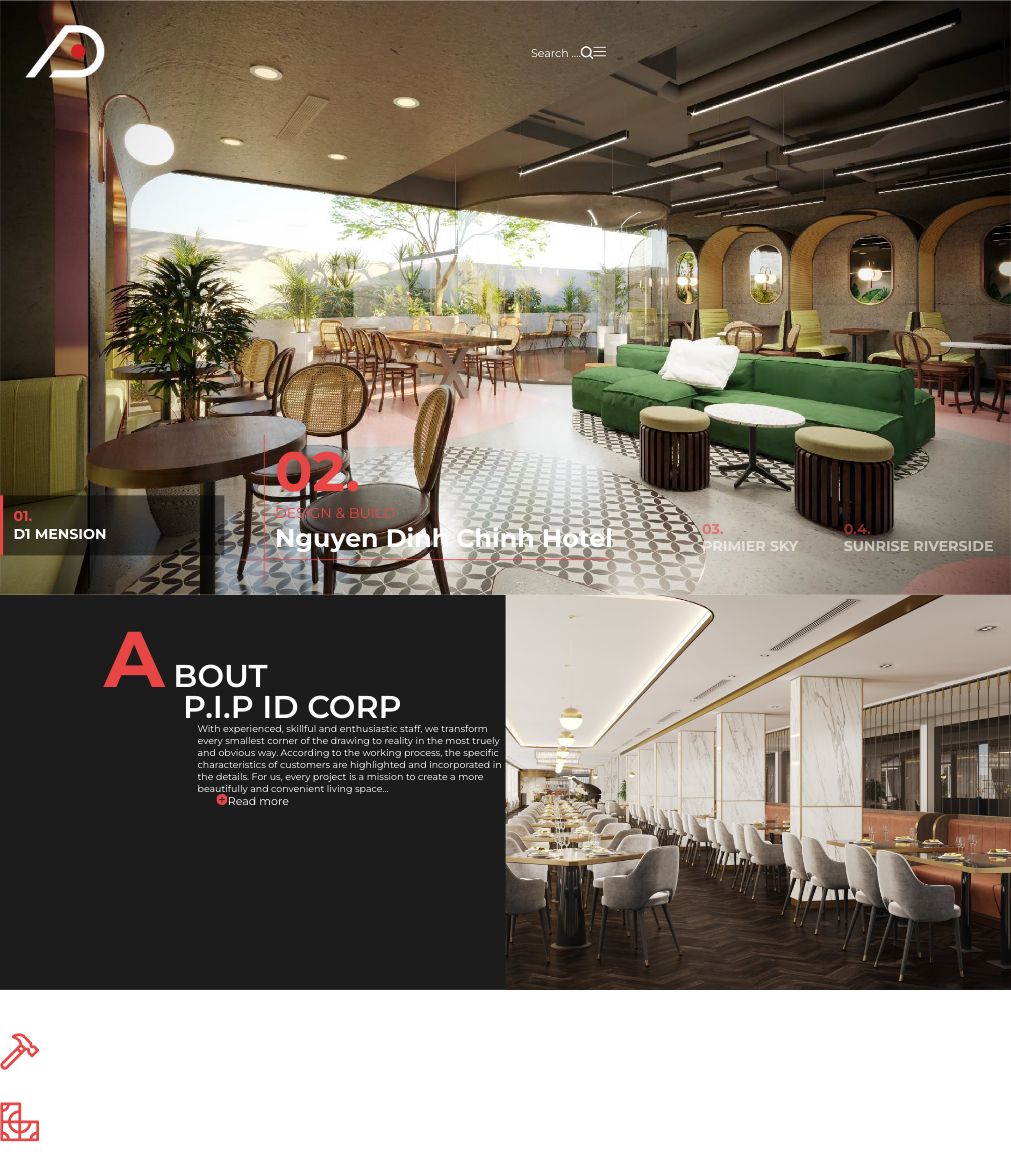
Repository: huudang2840/pipHomePage
Page: index.html
An editor plug-in stored every save of this project. The page is shown before and after the next save, followed by the edit.
The browser window is 1280 px wide. The pictures show the whole page, at 79% of full size.

Above is the page before, as saved 2023-03-21 14:20:26.

### index.html
<!DOCTYPE html>
<html lang="en">
  <head>
    <meta charset="UTF-8" />
    <meta http-equiv="X-UA-Compatible" content="IE=edge" />
    <meta name="viewport" content="width=device-width, initial-scale=1.0" />
    <title>Pip Home Page</title>

    <!-- CSS -->
    <link rel="stylesheet" href="style/style.css" />

    <!-- Fonts -->
    <link rel="preconnect" href="https://fonts.googleapis.com" />
    <link rel="preconnect" href="https://fonts.gstatic.com" crossorigin />
    <link
      href="https://fonts.googleapis.com/css2?family=Montserrat:wght@400;600;700&display=swap"
      rel="stylesheet"
    />
  </head>
  <body>
    <!-- Header -->
    <header class="header">
      <div class="header__img">
        <img src="/img/logo.png" alt="" />
      </div>
      <div class="header__option">
        <div class="option__search">
          <p>Search ....</p>
          <svg
            width="16"
            height="17"
            viewBox="0 0 16 17"
            fill="none"
            xmlns="http://www.w3.org/2000/svg"
          >
            <path
              d="M15.7189 14.9442L12.6438 11.8691C13.5758 10.6491 14.0869 9.16936 14.0871 7.60786C14.0871 5.72609 13.3542 3.95682 12.0234 2.62623C10.6928 1.29564 8.92376 0.562744 7.04176 0.562744C5.15999 0.562744 3.39072 1.29564 2.06013 2.62623C-0.68671 5.3733 -0.68671 9.84287 2.06013 12.5895C3.39072 13.9203 5.15999 14.6532 7.04176 14.6532C8.60326 14.653 10.0831 14.1419 11.3031 13.2099L14.3781 16.285C14.563 16.4701 14.8059 16.5627 15.0485 16.5627C15.2911 16.5627 15.5339 16.4701 15.7189 16.285C16.0892 15.9148 16.0892 15.3143 15.7189 14.9442ZM3.40091 11.2487C1.39344 9.24124 1.39368 5.97471 3.40091 3.96701C4.37339 2.99476 5.66649 2.4591 7.04176 2.4591C8.41726 2.4591 9.71012 2.99476 10.6826 3.96701C11.6551 4.93949 12.1908 6.23258 12.1908 7.60786C12.1908 8.98336 11.6551 10.2762 10.6826 11.2487C9.71012 12.2212 8.41726 12.7568 7.04176 12.7568C5.66649 12.7568 4.37339 12.2212 3.40091 11.2487Z"
              fill="white"
            />
          </svg>
        </div>
        <div class="option__lang"></div>
        <div class="option__menu">
          <svg
            width="16"
            height="13"
            viewBox="0 0 16 13"
            fill="none"
            xmlns="http://www.w3.org/2000/svg"
          >
            <path
              d="M16 10.9167V12.25H0V10.9167H16ZM16 5.58333V6.91667H0V5.58333H16ZM16 0.25V1.58333H0V0.25H16Z"
              fill="white"
            />
          </svg>
        </div>
        <div class="option__share"></div>
      </div>
    </header>

    <!-- Main -->
    <section>
      <div class="intro">
        <div class="intro__background">
          <img src="/img/page1.png" alt="" srcset="" id="masked" />
        </div>
        <div class="intro__list">
          <div class="list__left">
            <div>
              <span>
                <p>01.</p>
                <p>D1 Mension</p>
              </span>
            </div>
            <div>
              <span id="active_intro">
                <h1>02.</h1>
                <p>Design & build</p>
                <h1>Nguyen Dinh Chinh Hotel</h1>
                <div class="border__box"></div>
              </span>
            </div>
          </div>

          <div class="list__right">
            <div>
              <span>
                <p>03.</p>
                <p>Primier Sky</p>
              </span>
            </div>
            <div>
              <span>
                <p>0.4.</p>
                <p>Sunrise Riverside</p>
              </span>
            </div>
          </div>
        </div>
      </div>
      <div class="about">
        <div class="about__left">
          <span>
            <span>
              <h1><span class="text-red">A</span> bout</h1>
            </span>
            <h1 class="ml-100">P.I.P ID CORP</h1>
          </span>
          <span class="about__left__textaera">
            <p>
              With experienced, skillful and enthusiastic staff, we transform every smallest corner
              of the drawing to reality in the most truely and obvious way. According to the working
              process, the specific characteristics of customers are highlighted and incorporated in
              the details. For us, every project is a mission to create a more beautifully and
              convenient living space…
            </p>
          </span>
          <div class="read-more">
            <svg
              width="14"
              height="14"
              viewBox="0 0 14 14"
              fill="none"
              xmlns="http://www.w3.org/2000/svg"
            >
              <path
                d="M7 0C3.14005 0 0 3.14005 0 7C0 10.86 3.14005 14 7 14C10.86 14 14 10.86 14 7C14 3.14005 10.86 0 7 0ZM10.0625 7.5833H7.5833V10.0625C7.5833 10.3845 7.32204 10.6458 7 10.6458C6.67796 10.6458 6.4167 10.3845 6.4167 10.0625V7.5833H3.9375C3.61546 7.5833 3.3542 7.32204 3.3542 7C3.3542 6.67796 3.61546 6.4167 3.9375 6.4167H6.4167V3.9375C6.4167 3.61546 6.67796 3.3542 7 3.3542C7.32204 3.3542 7.5833 3.61546 7.5833 3.9375V6.4167H10.0625C10.3845 6.4167 10.6458 6.67796 10.6458 7C10.6458 7.32204 10.3845 7.5833 10.0625 7.5833Z"
                fill="#E84545"
              />
            </svg>
            <p>Read more</p>
          </div>
        </div>
        <div class="about__right">
          <img src="/img/about.jpeg" alt="" />
        </div>
      </div>
      <div class="wedo">
        <div class="wedo__top">
          <div class="wedo__top__logo"></div>
          <h2 class="wedo__top__text">Prestige is Power</h2>
        </div>
        <div class="wedo__bottom">
          <h2 class="wedo__bottom__text">What</h2>
          <h2 class="wedo__bottom__text">We do</h2>

          <div class="wedo__bottom__build">
            <svg
              width="50"
              height="48"
              viewBox="0 0 50 48"
              fill="none"
              xmlns="http://www.w3.org/2000/svg"
            >
              <path
                d="M48.9873 21.1033L44.931 17.0479C44.6268 16.7437 44.2209 16.5625 43.7911 16.5386L40.962 16.3804L40.8901 13.6863C40.8782 13.2385 40.6953 12.8113 40.3783 12.4951L32.3717 4.48853C30.1056 2.22241 27.0927 0.973145 23.8875 0.973145C23.8849 0.973145 23.8823 0.973145 23.8798 0.973145C20.6754 0.974854 17.6633 2.22412 15.3989 4.48853C14.9683 4.91919 14.7922 5.54126 14.9341 6.13257C15.0759 6.72559 15.5151 7.20068 16.0936 7.39038C22.7092 9.54797 24.1731 12.4049 24.6757 15.0402L2.11755 37.5984C-0.0357666 39.7517 -0.0357666 43.2551 2.11755 45.4084C4.27087 47.5618 7.77429 47.5618 9.92761 45.4084L28.4667 26.8694C28.4674 26.8686 28.4685 26.8684 28.4692 26.8677C28.47 26.8669 28.4702 26.8659 28.4709 26.8651L32.5843 22.7518L34.5305 22.804L34.6976 25.6372C34.7224 26.0645 34.9036 26.4695 35.2069 26.772L39.2632 30.8274C39.605 31.1692 40.0527 31.3401 40.5005 31.3401C40.9482 31.3401 41.396 31.1692 41.7378 30.8274L48.9873 23.5779C49.3154 23.2498 49.5 22.8054 49.5 22.3406C49.5 21.8757 49.3154 21.4314 48.9873 21.1033ZM38.1523 24.7673L37.978 21.8125C37.9532 21.3853 37.7721 20.9802 37.4688 20.6777L36.6296 19.8386C36.285 19.5467 35.8884 19.3765 35.4393 19.3259L32.6357 19.2507L28.1915 14.8074C27.6429 11.4988 26.0912 7.94067 20.2883 5.26782C21.3983 4.74829 22.6194 4.47485 23.8823 4.47314H23.8875C26.157 4.47314 28.2915 5.35669 29.8971 6.96313L37.4106 14.4758L37.4858 17.3025C37.5493 17.7349 37.6595 18.1839 37.9918 18.4919L37.9952 18.4886C37.9967 18.4901 37.997 18.4922 37.9985 18.4937L38.8265 19.3208C39.1307 19.625 39.5366 19.8062 39.9656 19.8301L42.929 19.9958L45.2754 22.3406L40.5005 27.1155L38.1523 24.7673ZM7.453 42.9338C6.66345 43.7234 5.38171 43.7234 4.59216 42.9338C3.80347 42.1443 3.80347 40.8625 4.59216 40.073L21.8961 22.7691L24.7569 25.6299L7.453 42.9338ZM27.2315 23.1553L24.3707 20.2945L26.5492 18.116L29.41 20.9768L27.2315 23.1553Z"
                fill="#E84545"
              />
            </svg>
            <h3>BUILD</h3>
            <p>
              With our years of experience, we can help your ideas become a feasible plan. We know
              how you can bring the most out of your space...
            </p>
          </div>
          <div class="wedo__bottom__design">
            <svg
              width="50"
              height="50"
              viewBox="0 0 50 50"
              fill="none"
              xmlns="http://www.w3.org/2000/svg"
            >
              <path
                d="M47.75 23.25H26.75V2.25C26.75 1.28357 25.9664 0.5 25 0.5H2.25C1.28357 0.5 0.5 1.28357 0.5 2.25V47.75C0.5 48.7164 1.28357 49.5 2.25 49.5H47.75C48.7164 49.5 49.5 48.7164 49.5 47.75V39V25C49.5 24.0336 48.7164 23.25 47.75 23.25ZM46 37.4081C41.6125 38.1488 38.1488 41.6125 37.4081 46H26.75V39.7627C33.554 38.9605 38.9605 33.554 39.7627 26.75H46V37.4081ZM46 46H40.9713C41.6062 43.5433 43.5433 41.6062 46 40.9713V46ZM4 12.5919C8.3875 11.8512 11.8512 8.3875 12.5919 4H23.25V10.2373C16.446 11.0395 11.0395 16.446 10.2373 23.25H4V12.5919ZM4 4H9.02869C8.3938 6.45667 6.45667 8.3938 4 9.02869V4ZM23.25 26.75V36.226C18.3799 35.4688 14.5312 31.6201 13.774 26.75H23.25ZM26.75 26.75H36.2408C35.4855 31.6218 31.6204 35.4564 26.75 36.2148V26.75ZM23.25 23.25H13.7852C14.5436 18.3796 18.3782 14.5145 23.25 13.7592V23.25ZM4 46V40.9713C6.45667 41.6062 8.3938 43.5433 9.02869 46H4ZM4 37.4081V26.75H10.2373C11.0395 33.554 16.446 38.9605 23.25 39.7627V46H12.5919C11.8512 41.6125 8.3875 38.1488 4 37.4081Z"
                fill="#E84545"
              />
            </svg>
            <h3>Design</h3>
            <p>
              Custom furniture solutions, cabinets, vibrant colors, a vertical garden, an invisible
              cupboard, a hidden bed or desk - anything can take shape in our hands...
            </p>
          </div>
        </div>
      </div>
      <div class="projects"></div>
      <div class="customer"></div>
      <div class="contact"></div>
    </section>

    <!-- Footer -->
    <footer></footer>
  </body>
  <script src="/js/index.js"></script>
</html>

### style/style.css
:root {
  --color-bg: #1c1c1c;
  --color-red: #e84545;
}
* {
  margin: 0;
  padding: 0;
  color: white;
  font-family: "Montserrat", sans-serif;
  font-size: 14px;
  font-weight: 400;
  list-style: none;
}
/* Header */
.header {
  position: fixed;
  display: flex;
  width: 100%;
  background-color: transparent;
  justify-content: space-between;
  align-items: center;
  z-index: 10;
  padding: 32px;
}
.header__img {
  flex: 1;
}
.header__img > img {
  width: 100px;
  height: 66px;
}
#masked {
  z-index: 10;
  /* background-color: black; */
  /* background: radial-gradient(50% 50% at 50% 50%, rgba(0, 0, 0, 0) 0%, #000000 100%); */

  /* -webkit-mask-image: radial-gradient(
    circle at 50% 50%,
    rgb(0, 0, 0) 40%,
    rgba(0, 0, 0, 0.617) 70%
  ); */

  /* -webkit-mask-image: radial-gradient(circle at center, red 0, blue, green 100%); */
}

.header__option {
  flex: 1;
  width: 100px;
  height: 66px;
  display: flex;
  align-items: center;
}

.option__search {
  display: flex;
}
.option__menu {
  width: 50px;
}

/* Intro */
.intro {
  position: relative;
}
.intro__background {
  height: 100%;
  width: 100%;
}

.intro__background > img {
  width: 100%;
  object-fit: cover;
  display: block;
}
.intro__list {
  display: flex;
  width: 100%;
  position: absolute;
  bottom: 50px;
  justify-content: space-between;
}

.intro__list span {
  height: 100%;
  display: flex;
  flex-direction: column;
  justify-content: center;
  padding-left: 13px;
}
.intro__list span > * {
  font-size: 18px;
  font-weight: 700;
  text-transform: uppercase;
  z-index: 10;
}
.intro__list span > p:nth-child(1) {
  color: var(--color-red);
}
.list__left {
  display: flex;
  flex: 2;
}
.list__left div:nth-child(1) {
  height: 76px;
  width: 280px;
  align-self: end;
  border-left: 4px solid var(--color-red);
  background: rgb(0, 0, 0, 0.5);
}

.list__right {
  display: flex;
  flex: 1;
  align-self: flex-end;
  opacity: 0.6;
  justify-content: space-around;
}

#active_intro {
  margin-left: 50px;
  border-bottom: 1px solid var(--color-red);
  border-left: 1px solid var(--color-red);
  position: relative;
  padding-bottom: 5px;
}
#active_intro h1:nth-child(1) {
  font-size: 70px;
  color: var(--color-red);
}
#active_intro p {
  font-size: 18px;
  font-weight: 400;
  color: var(--color-red);
}
#active_intro h1:nth-child(3) {
  font-size: 32px;
  text-transform: none;
}

.border__box {
  position: absolute;
  left: -31px;
  bottom: -31px;
  height: 30px;
  width: 30px;
  border-top: 1px solid var(--color-red);
  border-right: 1px solid var(--color-red);
}
/* About */
.about {
  background-color: var(--color-bg);
  display: flex;
  height: 500px;
}
.about__left {
  flex: 1;
  padding-top: 60px;
  display: flex;
  flex-direction: column;
  align-items: center;
}
.text-red {
  font-weight: 700;
  font-size: 100px;
  /* line-height: 195px; */
  color: var(--color-red);
}
.about__left h1 {
  font-weight: 600;
  font-size: 40px;
  text-transform: uppercase;
  line-height: 40px;
}
.text-about {
  display: flex;
}
.about__right {
  flex: 1;
}
.about__right > img {
  height: 100%;
  width: 100%;
  object-fit: cover;
}
.about__left__textaera p {
  margin-left: 250px;
  font-size: 12px;
  overflow: hidden;
}
.read-more {
  display: flex;
}
.ml-100 {
  margin-left: 100px;
}

Loaded but not shown: js/index.js (no copy from this time; the picture is the same without it)

After the next save:
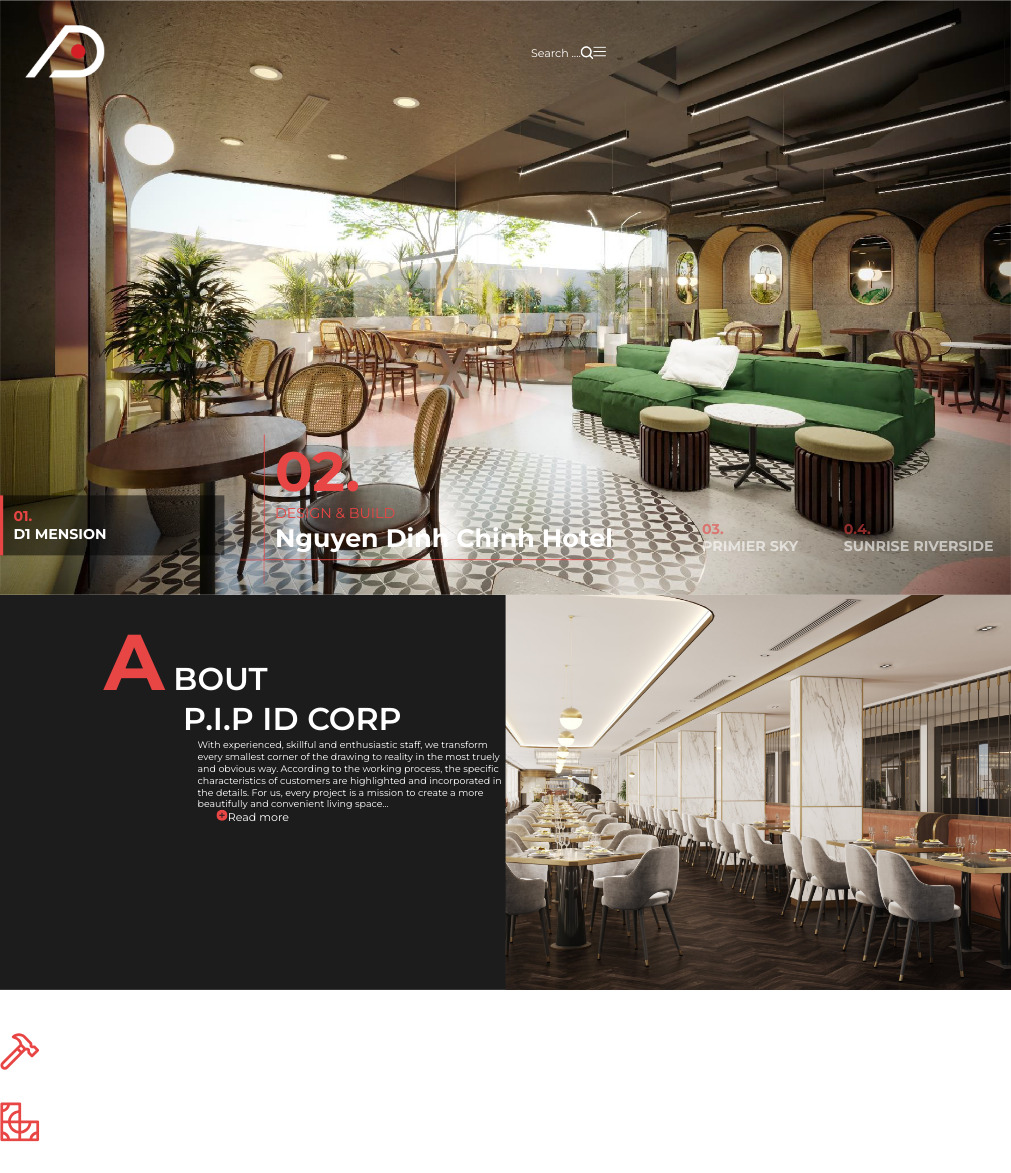
Saved 5 s later.
--- a/style/style.css
+++ b/style/style.css
@@ -169,7 +169,7 @@
   font-weight: 600;
   font-size: 40px;
   text-transform: uppercase;
-  line-height: 40px;
+  line-height: 50px;
 }
 .text-about {
   display: flex;
